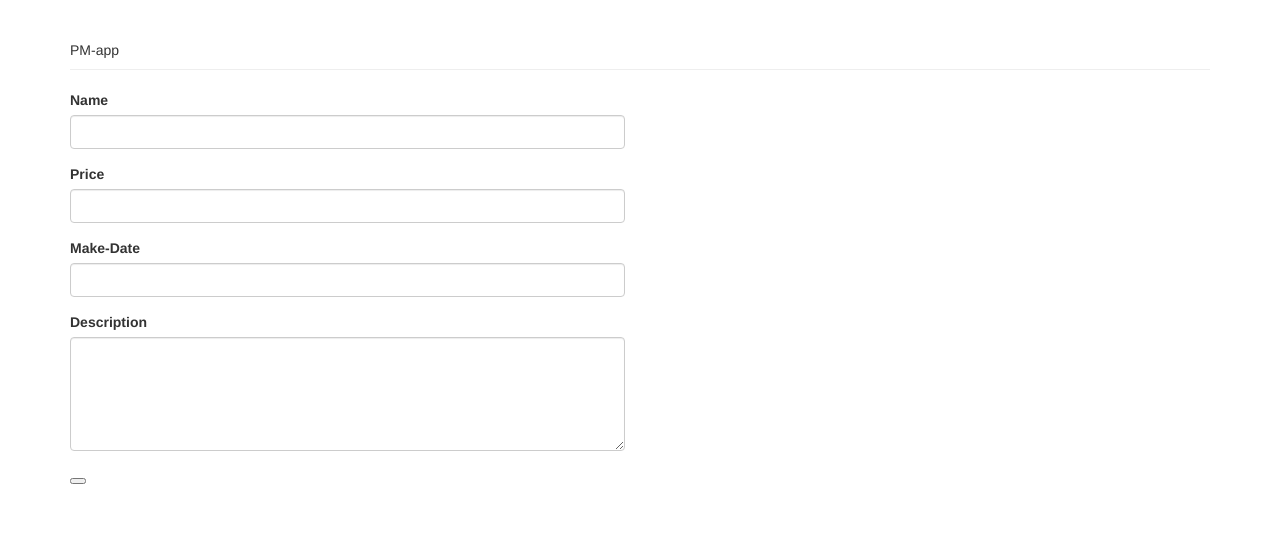
Repository: nagabhushanamn/itc-batch
Page: http://localhost/PM-v2/pm.jsp
The author's editor kept a copy of each file at every save. The page is drawn from the files as they stood at one save, then again after the next save.
The browser window is 1280 px wide. The pictures show the whole page.
The page is served by Tomcat 9.

Above is the page before, as saved 2017-03-12 05:49:10.

After the next save:
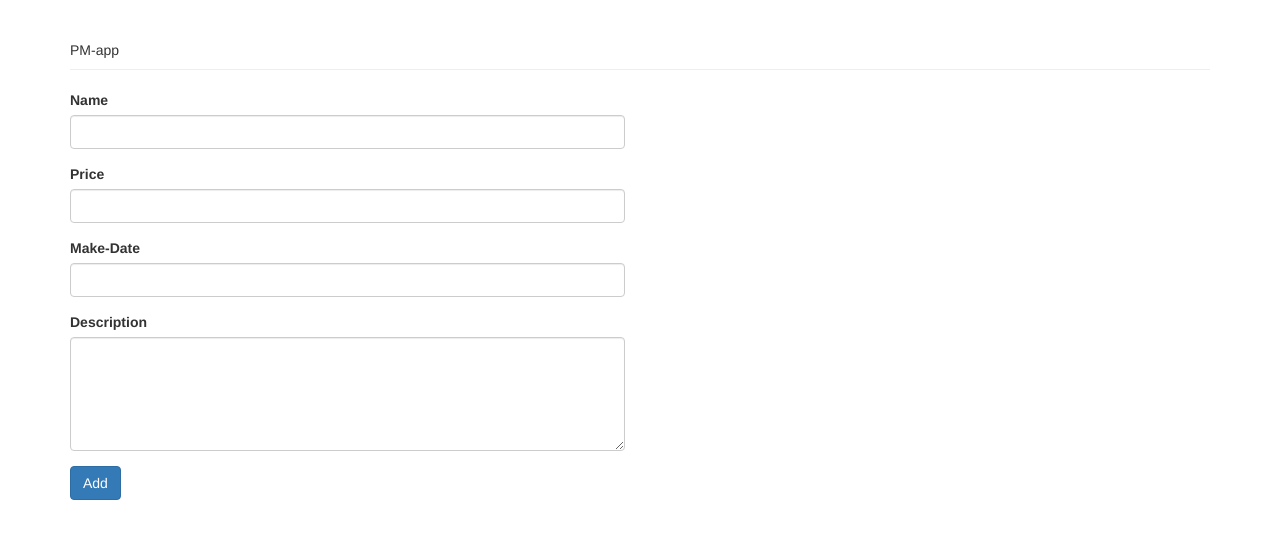
Saved 23 s later.
--- a/new/PM-v2/WebContent/pm.jsp
+++ b/new/PM-v2/WebContent/pm.jsp
@@ -30,7 +30,7 @@
 					<label>Description</label>
 					<textarea rows="5" cols="35" name="description" class="form-control"></textarea>
 				</div>
-				<button type="submit" value="Add"></button>
+				<button type="submit" class="btn btn-primary">Add</button>
 			</form>
 
 		</div>
